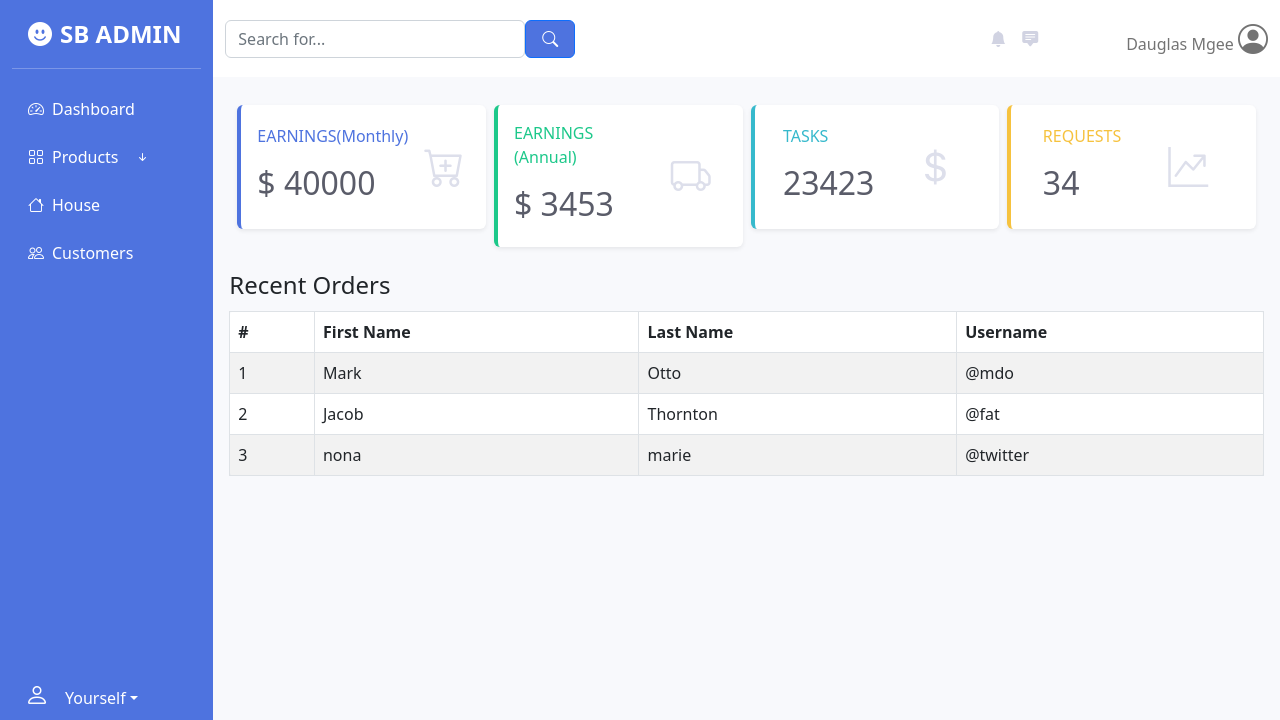
Repository: iqbalaamir/dashboard
Page: /
The author's editor kept a copy of each file at every save. The page is drawn from the files as they stood at one save, then again after the next save.
The browser window is 1280 px wide. The pictures show the whole page.
The project was rebuilt for these pictures with package versions that can differ from the ones it lists, and the page was loaded fresh each time. Also part of the build but not shown: src/App.css.

Above is the page before, as saved 2023-04-24 22:53:23.

### src/App.js
import "./App.css";
import NavbarComponent from "./components/NavbarComponent";
import Sidebar from "./components/Sidebar";
import Container from "react-bootstrap/Container";
import Row from "react-bootstrap/Row";
import Col from "react-bootstrap/Col";

function App() {
  return (
   <div>
    <Sidebar/>
   </div>
  );
}

export default App;

### src/components/NavbarComponent.js
import Button from "react-bootstrap/Button";
import Container from "react-bootstrap/Container";
import Form from "react-bootstrap/Form";
import Nav from "react-bootstrap/Nav";
import Navbar from "react-bootstrap/Navbar";
import NavDropdown from "react-bootstrap/NavDropdown";

function NavbarComponent() {
  return (
    <Navbar style={{backgroundColor:"white"}} expand="lg">
      <Container fluid>
        <Form className="d-flex">
          <Form.Control
            type="search"
            placeholder="Search for..."
            className=""
            aria-label="Search"
            style={{width:300}}
          />
          <Button style={{ backgroundColor: "#4e73df",width:50 }}>

            <i class="bi bi-search"></i>
          </Button>
        </Form>

        <Navbar.Toggle />

        <Navbar.Collapse className="justify-content-end">
          <Nav
            className="my-2 my-lg-0"
            style={{ maxHeight: "100px" }}
            navbarScroll
          >
            <Nav.Link href="#action2">
              <i class="bi bi-bell-fill" style={{color:"#d1d3e2"}}></i>
            </Nav.Link>
            <Nav.Link href="#action2">
              <i class="bi bi-chat-square-text-fill" style={{color:"#d1d3e2"}}></i>
            </Nav.Link>
            {/* <NavDropdown title="Messages" id="navbarScrollingDropdown">

              <NavDropdown.Item href="#action3">Action</NavDropdown.Item>
              <NavDropdown.Item href="#action4">
                Another action
              </NavDropdown.Item>
              <NavDropdown.Divider />
              <NavDropdown.Item href="#action5">
                Something else here
              </NavDropdown.Item>
            </NavDropdown> */}
          </Nav>
          <Navbar.Text style={{marginLeft:80}}>
            {/* Signed in as: <a href="#login">Mark Otto</a> */}
            Dauglas Mgee <i class="bi bi-person-circle" style={{fontSize:30}}></i>
          </Navbar.Text>
        </Navbar.Collapse>
      </Container>
    </Navbar>
  );
}

export default NavbarComponent;

### src/components/Sidebar.js
import React from "react";
import "bootstrap/dist/css/bootstrap.min.css";
import "bootstrap-icons/font/bootstrap-icons.css";
import "bootstrap/js/dist/dropdown";
import "bootstrap/js/dist/collapse";
import "./sidebar.css";
import NavbarComponent from "./NavbarComponent";
import HomeComponent from "./HomeComponent"

export default function Sidebar() {
  return (
    <div className="container-fluid">
      <div className="row">
        <div className="col-auto col-sm-2 sideNav d-flex flex-column justify-content-between min-vh-100">
          <div className="mt-3">
            <a
              className="text-decoration-none ms-3 d-flex align-items-center text-white customHeading"
              role="button"
            >
                 <i className="bi bi-emoji-smile-fill"></i>
              <span className="ms-2 d-none d-sm-inline">SB ADMIN</span>
            </a>
            <hr className="text-white d-none d-sm-block"></hr>
            <ul class="nav nav-pills flex-column mt-2 mt-sm-0" id="parentM">
              <li class="nav-item  my-1 py-2 py-sm-0">
                <a
                  class="nav-link text-white text-center text-sm-start"
                  href="#"
                  aria-current="page"
                >
                  <i className="bi bi-speedometer2"></i>
                  <span className="ms-2 d-none d-sm-inline">Dashboard</span>
                </a>
              </li>
              <li class="nav-item  my-1 py-2 py-sm-0">
                <a
                  class="nav-link text-white text-center text-sm-start"
                  href="#submenu"
                  data-bs-toggle="collapse"
                  aria-current="page"
                >
                  <i className="bi bi-grid"></i>
                  <span className="ms-2 d-none d-sm-inline">Products</span>
                  <i className="bi bi-arrow-down-short ms-0 ms-sm-3"></i>
                </a>
                <ul
                  class="nav collapse ms-2 flex-column"
                  id="submenu"
                  data-bs-parent="#parentM"
                >
                  <li class="nav-item ">
                    <a class="nav-link text-white" href="#" aria-current="page">
                      <span className="d-none d-sm-inline"> Item</span>1
                    </a>
                  </li>
                  <li class="nav-item ">
                    <a class="nav-link text-white" href="#">
                      <span className="d-none d-sm-inline"> Item</span>2
                    </a>
                  </li>
                </ul>
              </li>
              <li class="nav-item  my-1">
                <a
                  class="nav-link text-white text-center text-sm-start"
                  href="#"
                  aria-current="page"
                >
                  <i className="bi bi-house"></i>
                  <span className="ms-2 d-none d-sm-inline">House</span>
                </a>
              </li>
              <li class="nav-item text-white my-1">
                <a
                  class="nav-link text-white text-center text-sm-start"
                  href="#"
                  aria-current="page"
                >
                  <i className="bi bi-people"></i>
                  <span className="ms-2 d-none d-sm-inline">Customers</span>
                </a>
              </li>
            </ul>
          </div>
          <div class="dropdown open">
            <a
              class="btn border-none dropdown-toggle text-white"
              type="button"
              id="triggerId"
              data-bs-toggle="dropdown"
              aria-haspopup="true"
              aria-expanded="false"
            >
              <i className="bi bi-person fs-4"></i>
              <span className="f5-5 ms-3 d-none d-sm-inline">Yourself</span>
            </a>
            <div class="dropdown-menu" aria-labelledby="triggerId">
              <a class="dropdown-item" href="#">
                Profile
              </a>
              <a class="dropdown-item" href="#">
                Setting
              </a>
            </div>
          </div>

        </div>
        <div className="col" style={{backgroundColor:"#f8f9fc",padding:0}}>
       <NavbarComponent/>
       <HomeComponent/>
        </div>

      </div>
    </div>
  );
}

### src/components/sidebar.css
#parentM li a:hover {
    background-color: #9eacd4;

}
.sideNav{
   background-color: #4e73df;
}
.customHeading{
    font-weight: bold;
    font-size: x-large;
}

### src/components/HomeComponent.js
import React from "react";
import TableComponent from "./TableComponent";
import Dashboard from "./Dashboard";

function Home() {
  return (
    <div className="px-3">
      <div className="container-fluid">
        <div className="row g-3 my-2">
          <div className="col-md-3 p-1">
            <div
              className="p-3 bg-white shadow-sm d-flex justify-content-around align-items-center rounded"
              style={{
                borderLeft: "solid",
                borderLeftWidth: "4px",
                borderLeftColor: "#4e73df",
              }}
            >
              <div>
                <p className="fs-12" style={{ color: "#4e73df" }}>
                  EARNINGS(Monthly)
                </p>
                <h5 className="fs-2" style={{ color: "#5a5c69" }}>
                  $ 40000
                </h5>
              </div>
              <i
                className="bi bi-cart-plus p-3 fs-1"
                style={{ color: "#dddfeb" }}
              ></i>
            </div>
          </div>
          <div className="col-md-3 p-1">
            <div className="p-3 bg-white shadow-sm d-flex justify-content-around align-items-center rounded"
             style={{
              borderLeft: "solid",
              borderLeftWidth: "4px",
              borderLeftColor: "#1cc88a",
            }}>
              <div>
                <p className="fs-12" style={{ color: "#1cc88a" }}>
                  EARNINGS (Annual)
                </p>
                <h5 className="fs-2" style={{ color: "#5a5c69" }}>
                  $ 3453
                </h5>
              </div>
              <i
                className="bi bi-truck p-3 fs-1"
                style={{ color: "#dddfeb" }}
              ></i>
            </div>
          </div>
          <div className="col-md-3 p-1">
            <div className="p-3 bg-white shadow-sm d-flex justify-content-around align-items-center rounded"
             style={{
              borderLeft: "solid",
              borderLeftWidth: "4px",
              borderLeftColor: "#36b9cc",
            }}>
              <div>
                <p className="fs-12" style={{ color: "#36b9cc" }}>
                   TASKS
                </p>
                <h5 className="fs-2" style={{ color: "#5a5c69" }}>
                23423
                </h5>
              </div>
              <i
                className="bi bi-currency-dollar p-3 fs-1"
                style={{ color: "#dddfeb" }}
              ></i>
            </div>
          </div>
          <div className="col-md-3 p-1">
            <div className="p-3 bg-white shadow-sm d-flex justify-content-around align-items-center rounded"
             style={{
              borderLeft: "solid",
              borderLeftWidth: "4px",
              borderLeftColor: "#f6c23e",
            }}>
              <div>
                <p className="fs-12" style={{ color: "#f6c23e" }}>
                 REQUESTS
                </p>
                <h5 className="fs-2" style={{ color: "#5a5c69" }}>
                  34
                </h5>
              </div>
              <i
                className="bi bi-graph-up-arrow p-3 fs-1"
                style={{ color: "#dddfeb" }}
              ></i>
            </div>
          </div>
        </div>
      </div>
      <div>
        <TableComponent />

      </div>
    </div>
  );
}

export default Home;

### src/components/TableComponent.js
import Table from 'react-bootstrap/Table';

function TableComponent() {
  return (
    <Table striped bordered hover className='table caption-top bg-white rounded mt-2'>
      <caption className='fs-4 text-dark'>Recent Orders</caption>
      <thead>
        <tr>
          <th>#</th>
          <th>First Name</th>
          <th>Last Name</th>
          <th>Username</th>
        </tr>
      </thead>
      <tbody>
        <tr>
          <td>1</td>
          <td>Mark</td>
          <td>Otto</td>
          <td>@mdo</td>
        </tr>
        <tr>
          <td>2</td>
          <td>Jacob</td>
          <td>Thornton</td>
          <td>@fat</td>
        </tr>
        <tr>
          <td>3</td>
          <td>nona</td>
          <td>marie</td>
          <td>@twitter</td>
        </tr>
      </tbody>
    </Table>
  );
}

export default TableComponent;

### src/components/Dashboard.js
import Button from 'react-bootstrap/Button';
import Card from 'react-bootstrap/Card';

function Dashboard() {
  return (
    <Card className="text-center">
      <Card.Header>Featured</Card.Header>
      <Card.Body>
        <Card.Title>Special title treatment</Card.Title>
        <Card.Text>
          With supporting text below as a natural lead-in to additional content.
        </Card.Text>
        <Button variant="primary">Go somewhere</Button>
      </Card.Body>
      <Card.Footer className="text-muted">2 days ago</Card.Footer>
    </Card>
  );
}

export default Dashboard;

Loaded but not shown: public/index.html (common file); src/index.js (common file); src/index.css (common file); src/reportWebVitals.js (common file)

After the next save:
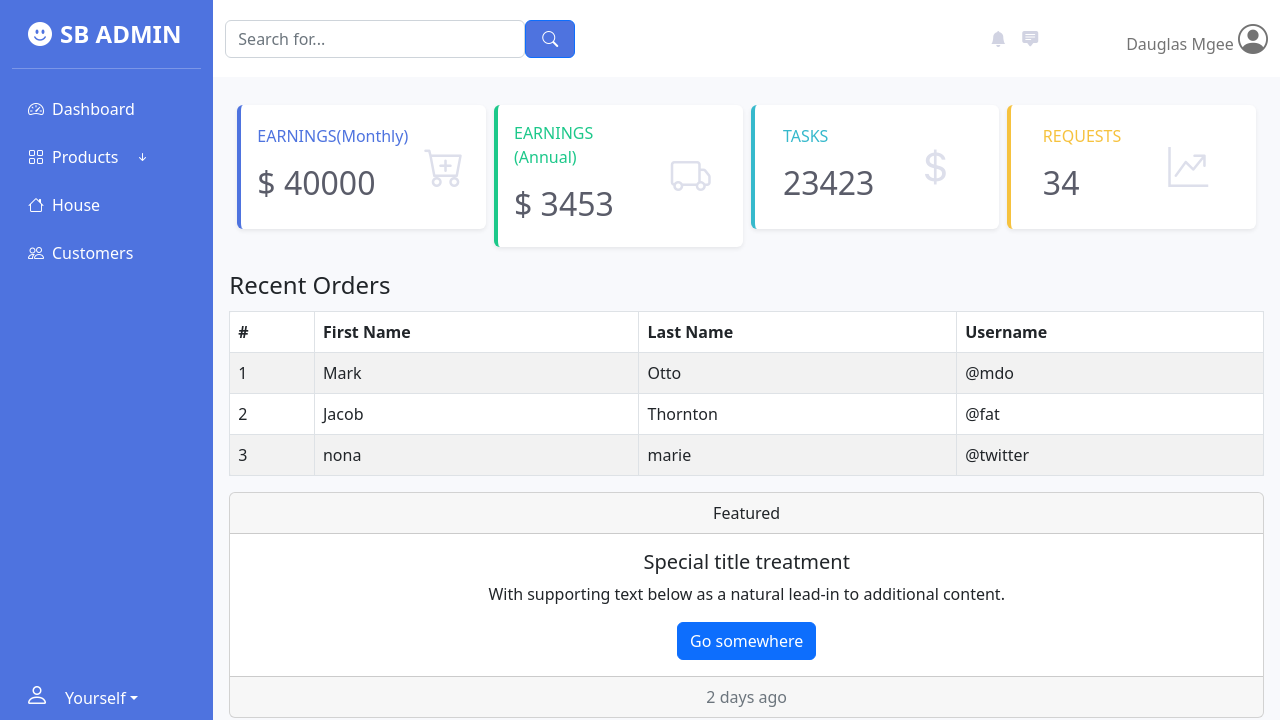
Saved 16 s later.
--- a/src/components/HomeComponent.js
+++ b/src/components/HomeComponent.js
@@ -97,7 +97,7 @@ function Home() {
       </div>
       <div>
         <TableComponent />
-
+       <Dashboard/>
       </div>
     </div>
   );
